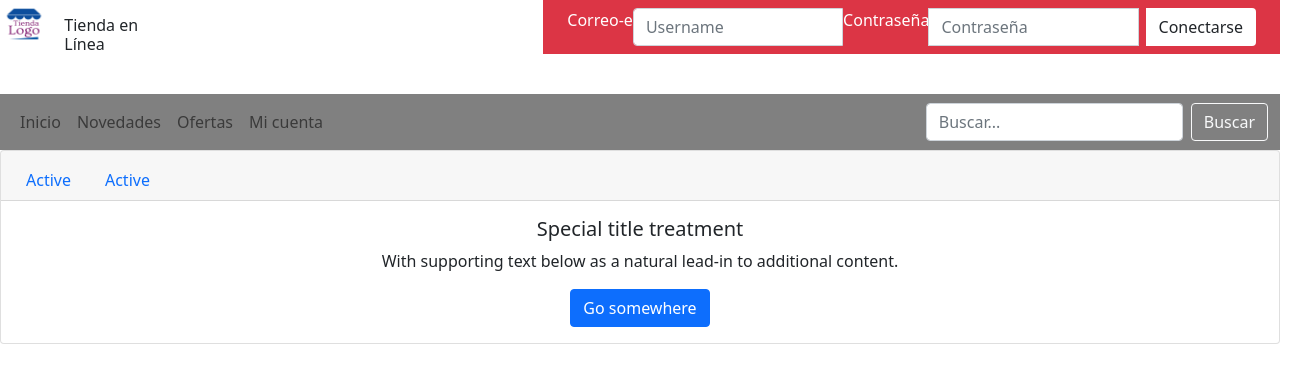
Repository: nicorp00/bootstrapSass
Page: Main/index.html
An editor plug-in stored every save of this project. The page is shown before and after a run of saves, followed by the edit.
The browser window is 1280 px wide. The page is 1292 px wide, so the pictures cover 1292 px, including what lies to the right of the window. The pictures show the whole page.
The style sheet was rebuilt from its Sass, Less or Tailwind sources for each picture, by a compiler version that may differ from the author's.

Above is the page before, as saved 2022-03-25 11:26:02.

### Main/index.html
<!DOCTYPE html>
<html lang="en">
<head>
    <meta charset="UTF-8">
    <meta http-equiv="X-UA-Compatible" content="IE=edge">
    <meta name="viewport" content="width=device-width, initial-scale=1.0">
    <title>Document</title>
    <link rel="stylesheet" href="css/style.css">
    <link rel="stylesheet" href="css/bootstrap.min.css">
</head>
<body>
    <section class="section__top row">
        <div class="col-2">
            <div class="card mb-3 border-0" style="max-width: 540px;">
                <div class="row g-0">
                  <div class="col-md-3">
                    <img src="img/logo.png" class="img-fluid rounded-start" alt="...">
                  </div>
                  <div class="col-md-9">
                    <div class="card-body">
                      <h6 class="card-title">Tienda en Línea</h6>
                    </div>
                  </div>
                </div>
              </div>
        </div>
        <div class="col-3"></div>
        <div class="top-nav col-7">
            <nav class="navbar navbar-danger bg-danger">
                <form class="container-fluid">
                  <div class="input-group">
                    <!--<span class="input-group-text" id="basic-addon1">@</span>-->
                    Correo-e<input type="text" class="form-control" placeholder="Username" aria-label="Correo@" aria-describedby="basic-addon1">
                    Contraseña<input class="form-control me-2" type="search" placeholder="Contraseña" aria-label="Search">
                    <button class="btn btn-outline" type="submit">Conectarse</button>
                  </div>
                </form>
              </nav>
        </div>
    </section>

    <section class="section__nav">
        <nav class="navbar navbar-expand-lg navbar-light">
            <div class="container-fluid">
              <button class="navbar-toggler" type="button" data-bs-toggle="collapse" data-bs-target="#navbarSupportedContent" aria-controls="navbarSupportedContent" aria-expanded="false" aria-label="Toggle navigation">
                <span class="navbar-toggler-icon"></span>
              </button>
              <div class="collapse navbar-collapse" id="navbarSupportedContent">
                <ul class="navbar-nav me-auto mb-2 mb-lg-0">
                  <li class="nav-item">
                    <a class="nav-link" aria-current="page" href="#">Inicio</a>
                  </li>
                  <li class="nav-item">
                    <a class="nav-link" href="#">Novedades</a>
                  </li>
                  <li class="nav-item">
                    <a class="nav-link" href="#">Ofertas</a>
                  </li>
                  <li class="nav-item">
                    <a class="nav-link" href="#">Mi cuenta</a>
                  </li>
                </ul>
                <form class="d-flex">
                  <input class="form-control me-2" type="search" placeholder="Buscar..." aria-label="Search">
                  <button class="btn btn-outline-light" type="submit">Buscar</button>
                </form>
              </div>
            </div>
          </nav>
    </section>

    <section class="">
        <div>
            <div class="card text-center">
                <div class="card-header">
                  <ul class="nav nav-tabs card-header-tabs">
                    <li class="nav-item">
                      <a class="nav-link" aria-current="true" href="#">Active</a>
                    </li>
                    <li class="nav-item">
                        <a class="nav-link" aria-current="true" href="#">Active</a>
                      </li>
                  </ul>
                </div>
                <div class="card-body">
                  <h5 class="card-title">Special title treatment</h5>
                  <p class="card-text">With supporting text below as a natural lead-in to additional content.</p>
                  <a href="#" class="btn btn-primary">Go somewhere</a>
                </div>
              </div>
        </div>
    </section>
    <script src="js/bootstrap.min.js"></script>
</body>
</html>

### Main/scss/style.scss
@use 'section__top';
@use 'section__nav';

### Main/scss/_section__top.scss
.section__top{
    span{
        margin-left: 20%;
    }
    form{
        color: white;
    }
    button{
        background-color: white;
    }
}

### Main/scss/_section__nav.scss
.section__nav{
    background-color: grey;

    .nav-item{
        color: white;
    }
}

Loaded but not shown: Main/css/bootstrap.min.css (library); Main/js/bootstrap.min.js (library)

After the next 2 saves:
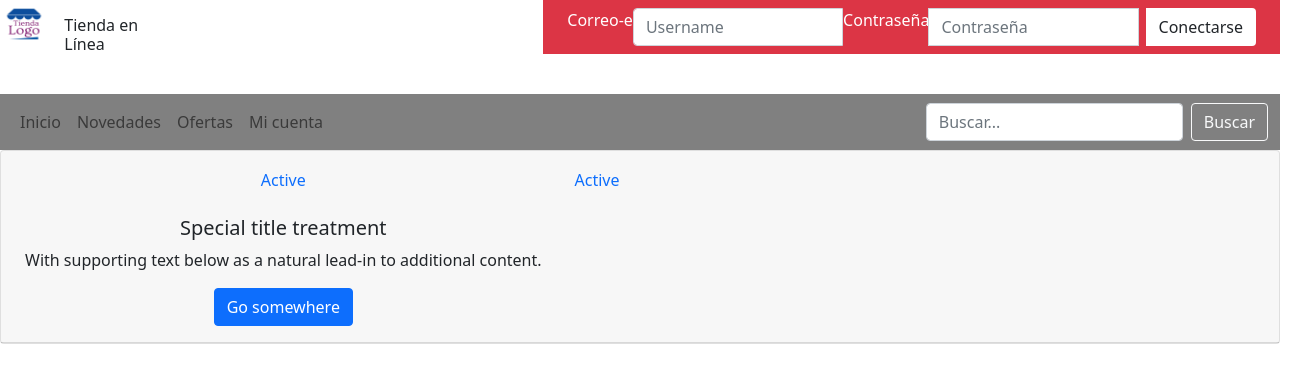
The 2 saves are shown as one change because they came seconds apart.
The last was saved 23 s later.
--- a/Main/index.html
+++ b/Main/index.html
@@ -76,17 +76,18 @@
                   <ul class="nav nav-tabs card-header-tabs">
                     <li class="nav-item">
                       <a class="nav-link" aria-current="true" href="#">Active</a>
+                      <div class="card-body">
+                  <h5 class="card-title">Special title treatment</h5>
+                  <p class="card-text">With supporting text below as a natural lead-in to additional content.</p>
+                  <a href="#" class="btn btn-primary">Go somewhere</a>
+                </div>
                     </li>
                     <li class="nav-item">
                         <a class="nav-link" aria-current="true" href="#">Active</a>
                       </li>
                   </ul>
                 </div>
-                <div class="card-body">
-                  <h5 class="card-title">Special title treatment</h5>
-                  <p class="card-text">With supporting text below as a natural lead-in to additional content.</p>
-                  <a href="#" class="btn btn-primary">Go somewhere</a>
-                </div>
+
               </div>
         </div>
     </section>
